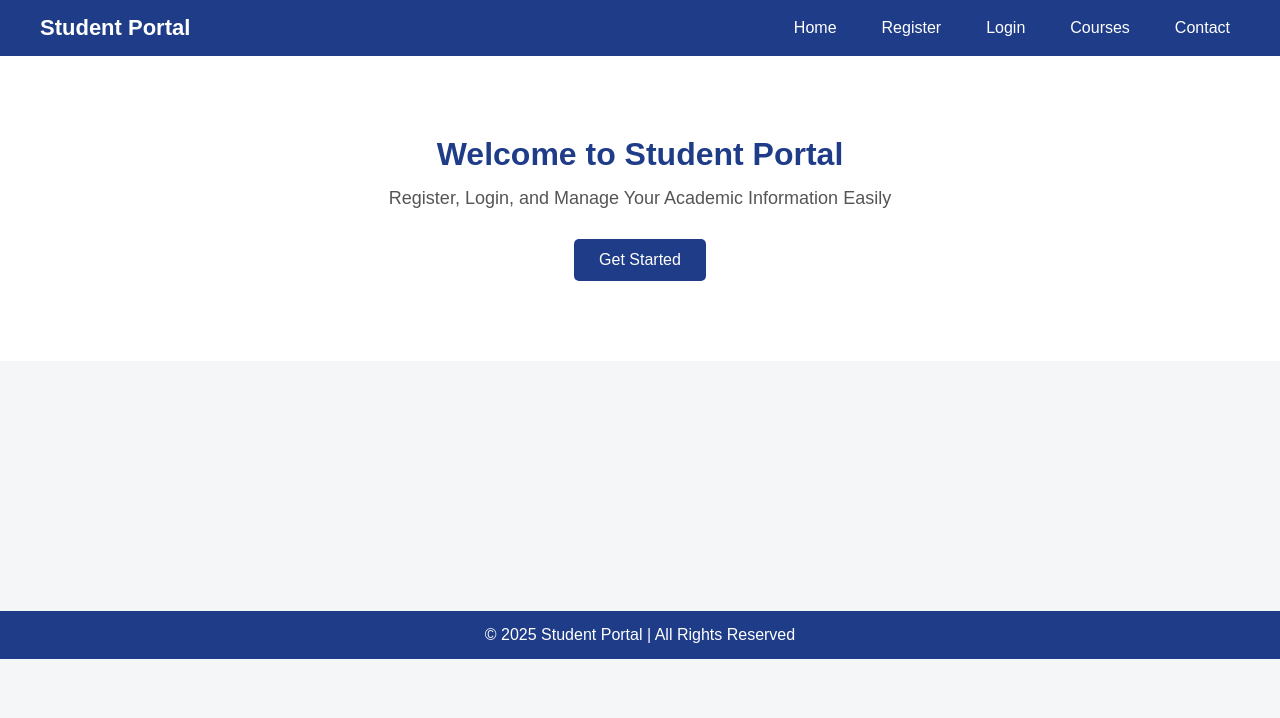
Repository: Tanvisalunkhe/Java_Codes
Page: demo/src/main/webapp/Home.html
An editor plug-in stored every save of this project. The page is shown before and after the next save, followed by the edit.
The browser window is 1280 px wide. The pictures show the whole page.

Above is the page before, as saved 2025-12-26 06:41:15.

After the next save:
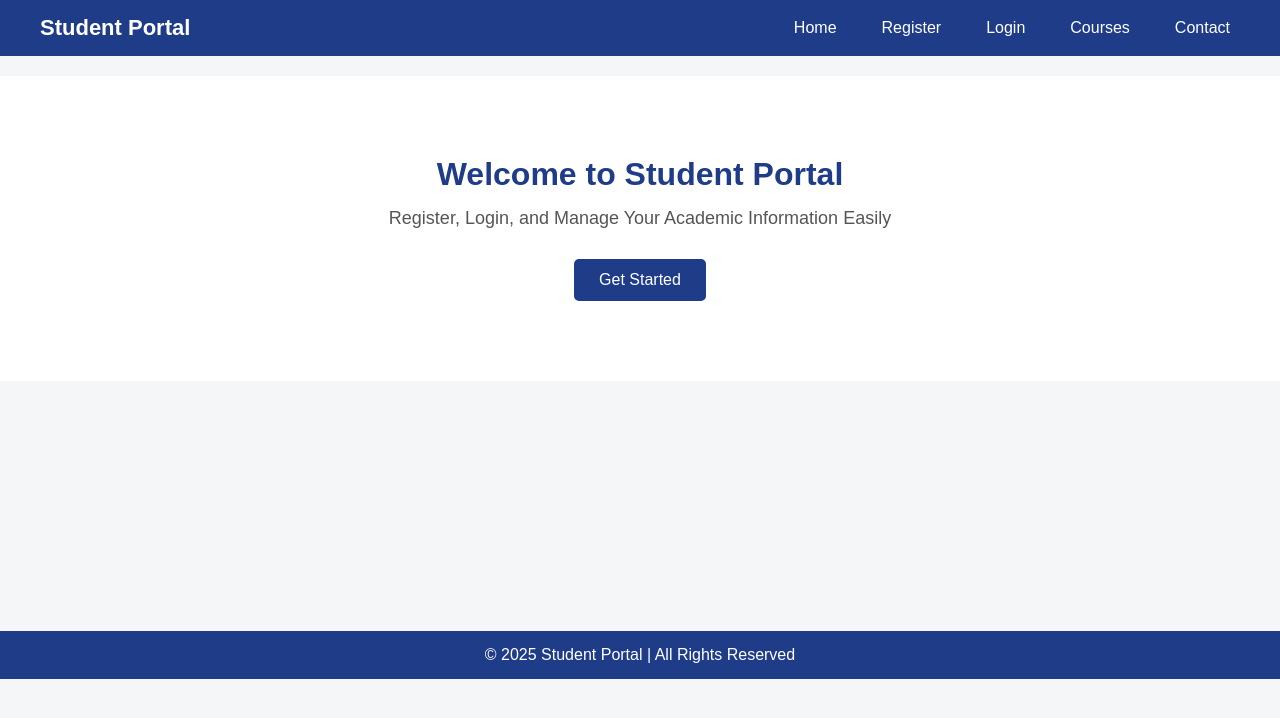
Saved 6 s later.
--- a/demo/src/main/webapp/Home.html
+++ b/demo/src/main/webapp/Home.html
@@ -57,7 +57,7 @@
             text-align: center;
             padding: 80px 20px;
             background-color: white;
-            margin-top:
+            margin-top: 20px;
         }
 
         .hero h2 {
